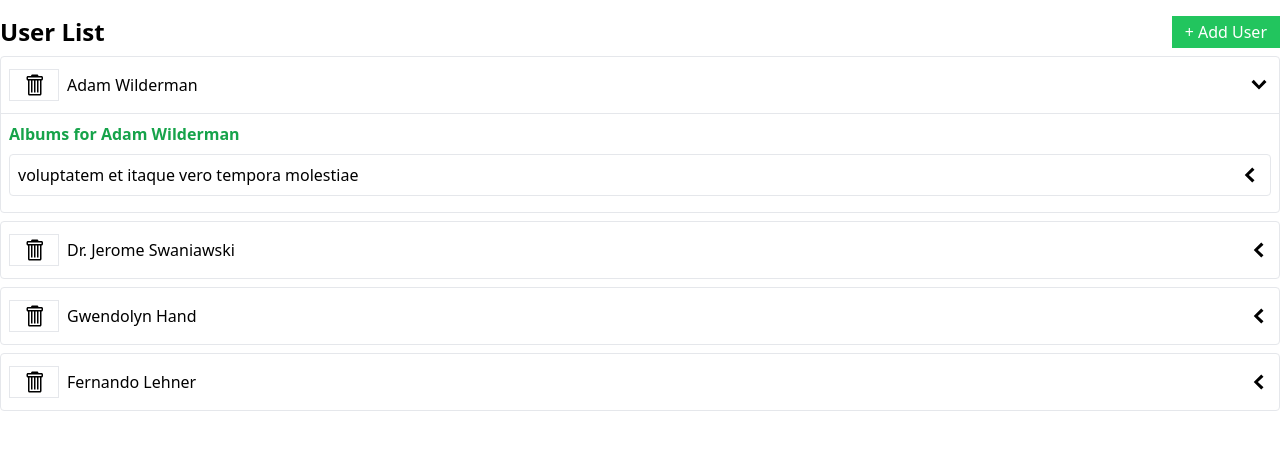
Repository: Marhamat92/users-app-redux-thunk-and-query
Page: /, after clicking the first element matching `div.p-2 > :nth-child(2)`
An editor plug-in stored every save of this project. The page is shown before and after the next save, followed by the edit.
The browser window is 1280 px wide. The pictures show the whole page.
The project was rebuilt for these pictures with package versions that can differ from the ones it lists, and the page was loaded fresh each time. Requests to the local data server were answered from the project's data file.

Above is the page before, as saved 2023-02-02 17:35:27.

After the next save:
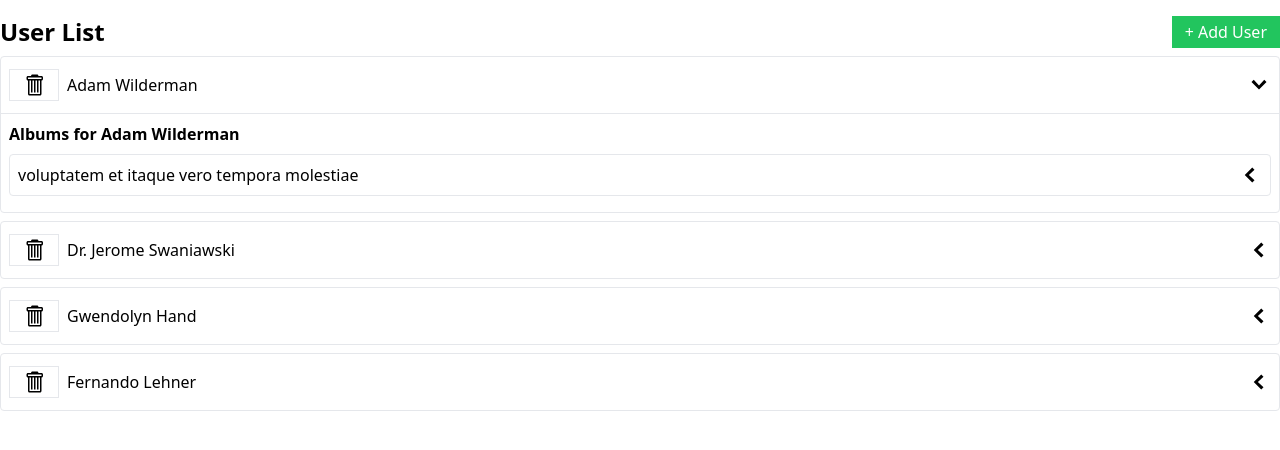
Saved 17 s later.
--- a/src/components/AlbumsList.js
+++ b/src/components/AlbumsList.js
@@ -32,7 +32,7 @@ function AlbumsList({ user }) {
 
   return (
     <div>
-      <h1 className="text-green-600 font-bold">
+      <h1 className="font-bold">
       {`Albums for ${user.name}`}
       </h1>
       <div>
